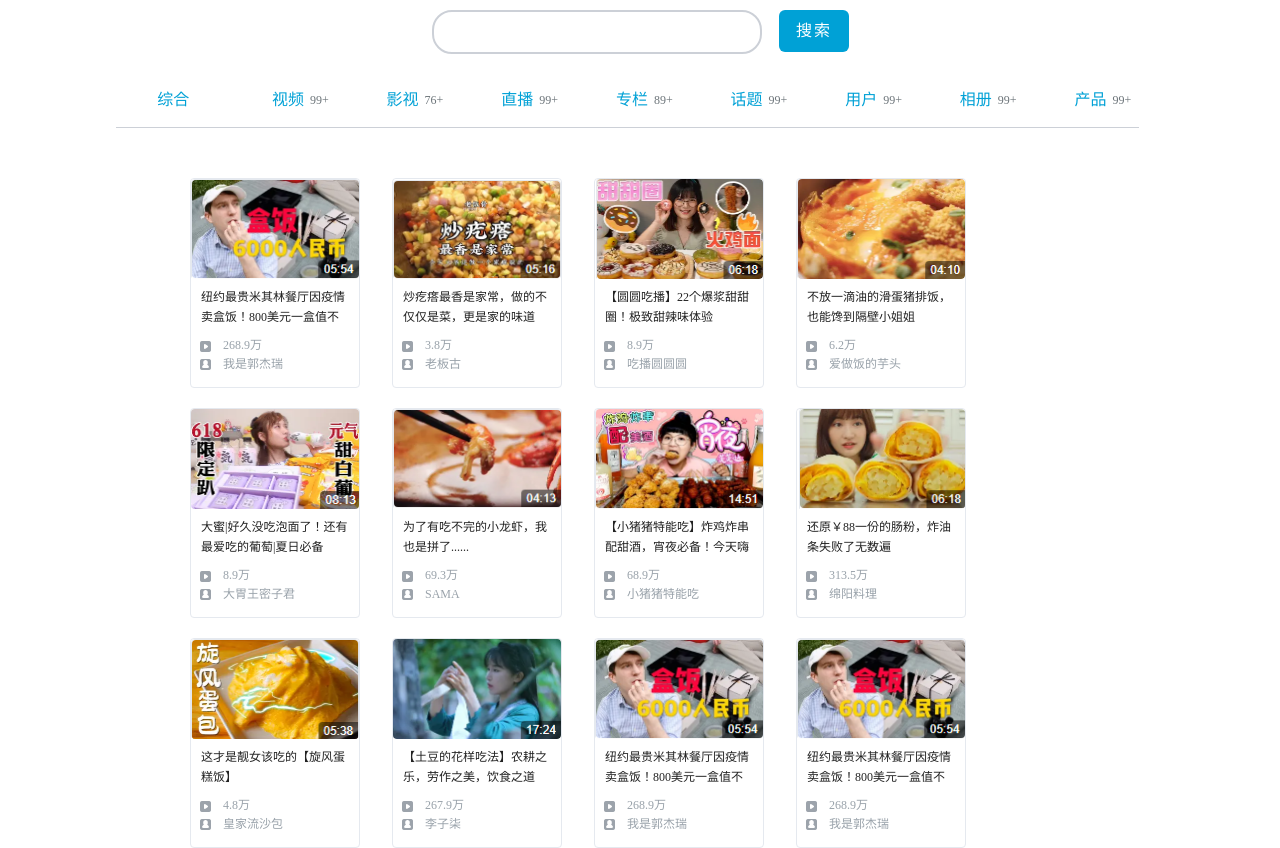
Repository: red-code-yl/web-project
Page: doc/food.html
An editor plug-in stored every save of this project. The page is shown before and after the next save, followed by the edit.
The browser window is 1280 px wide. The pictures show the whole page.

Above is the page before, as saved 2020-06-18 17:22:33.

### doc/food.html
<!DOCTYPE html>
<html lang="en">
<head>
    <meta charset="UTF-8">
    <meta name="viewport" content="width=device-width, initial-scale=1.0">
    <title>美食</title>
    <link  rel="stylesheet"   href="../css/food.css" />
</head>
<body>
    <div id="search" class="search">
        <div class="contain">
            <div class="head-contain">
                <div class="search-top">
                    <div class="search-block">
                        <div class="search-input">
                            <input id="search-keyword" type="text" maxlength="100" autocomplete="off">
                        </div>
                        <div class="search-button">
                            <span class="search-text">搜索</span>
                        </div>

                    </div>
                </div>
                <div class="navigator">
                    <div class="nav-1">
                        <div class="fenlei">
                            <ul class="fenlei-list">
                                <li class="fenlei-list-1" style="height: 56px;line-height: 56px;width: 11.11%;">
                                    <a href="#">综合</a>
                                    <span></span>
                                </li>
                                <li class="fenlei-list-1" style="height: 56px;line-height: 56px;width: 11.11%;">
                                    <a href="#">视频<span>99+</span></a>

                                </li>
                                <li class="fenlei-list-1" style="height: 56px;line-height: 56px;width: 11.11%;">
                                    <a href="#">影视<span>76+</span></a>

                                </li>
                                <li class="fenlei-list-1" style="height: 56px;line-height: 56px;width: 11.11%;">
                                    <a href="#">直播<span>99+</span></a>

                                </li>
                                <li class="fenlei-list-1" style="height: 56px;line-height: 56px;width: 11.11%;">
                                    <a href="#">专栏<span>89+</span></a>

                                </li>
                                <li class="fenlei-list-1" style="height: 56px;line-height: 56px;width: 11.11%;">
                                    <a href="#">话题<span>99+</span></a>

                                </li>
                                <li class="fenlei-list-1" style="height: 56px;line-height: 56px;width: 11.11%;">
                                    <a href="#">用户<span>99+</span></a>

                                </li>
                                <li class="fenlei-list-1" style="height: 56px;line-height: 56px;width: 11.11%;">
                                    <a href="#">相册<span>99+</span></a>

                                </li>
                                <li class="fenlei-list-1" style="height: 56px;line-height: 56px;width: 11.11%;">
                                    <a href="#">产品<span>99+</span></a>
                                </li>
                            </ul>
                        </div>
                    </div>
                </div>
            </div>
            <div class="body-contain">
                <div class="all-list">
                    <ul class="video-list">
                        <li class="video-list-part">
                            <a href="#" title="" target="_blank" class="list-part-1">
                                <div class="img">
                                    <div class="lazy-img">
                                        <img alt src="../img/img-list1.png">
                                    </div>

                                </div>
                            </a>
                            <div class="list-text">
                                <div class="list-title">
                                    <a title="" href="#" target="_blank" class="title-1">
                                        纽约最贵米其林餐厅因疫情卖盒饭！800美元一盒值不值？
                                    </a>
                                </div>
                                <div class="tags">
                                    <span class="play" title="观看">
                                        <i class="playcount"></i>
                                        268.9万
                                    </span>
                                    <br/>
                                    <span class="play2" title="up主">
                                        <i class="play-uper"></i>
                                        <a href="#" target="_blank" class="up-name">
                                            我是郭杰瑞
                                        </a>
                                    </span>
                                </div>
                            </div>
                        </li>
                        <li class="video-list-part">
                            <a href="#" title="" target="_blank" class="list-part-1">
                                <div class="img">
                                    <div class="lazy-img">
                                        <img alt src="../img/img-list2.png">
                                    </div>

                                </div>
                            </a>
                            <div class="list-text">
                                <div class="list-title">
                                    <a title="" href="#" target="_blank" class="title-1">
                                        炒疙瘩最香是家常，做的不仅仅是菜，更是家的味道
                                    </a>
                                </div>
                                <div class="tags">
                                    <span class="play" title="观看">
                                        <i class="playcount"></i>
                                        3.8万
                                    </span>
                                    <br/>
                                    <span class="play2" title="up主">
                                        <i class="play-uper"></i>
                                        <a href="#" target="_blank" class="up-name">
                                            老板古
                                        </a>
                                    </span>
                                </div>
                            </div>
                        </li>
                        <li class="video-list-part">
                            <a href="#" title="" target="_blank" class="list-part-1">
                                <div class="img">
                                    <div class="lazy-img">
                                        <img alt src="../img/img-list3.png">
                                    </div>

                                </div>
                            </a>
                            <div class="list-text">
                                <div class="list-title">
                                    <a title="" href="#" target="_blank" class="title-1">
                                        【圆圆吃播】22个爆浆甜甜圈！极致甜辣味体验
                                    </a>
                                </div>
                                <div class="tags">
                                    <span class="play" title="观看">
                                        <i class="playcount"></i>
                                        8.9万
                                    </span>
                                    <br/>
                                    <span class="play2" title="up主">
                                        <i class="play-uper"></i>
                                        <a href="#" target="_blank" class="up-name">
                                            吃播圆圆圆
                                        </a>
                                    </span>
                                </div>
                            </div>
                        </li>
                        <li class="video-list-part">
                            <a href="#" title="" target="_blank" class="list-part-1">
                                <div class="img">
                                    <div class="lazy-img">
                                        <img alt src="../img/img-list4.png">
                                    </div>

                                </div>
                            </a>
                            <div class="list-text">
                                <div class="list-title">
                                    <a title="" href="#" target="_blank" class="title-1">
                                        不放一滴油的滑蛋猪排饭，也能馋到隔壁小姐姐
                                    </a>
                                </div>
                                <div class="tags">
                                    <span class="play" title="观看">
                                        <i class="playcount"></i>
                                        6.2万
                                    </span>
                                    <br/>
                                    <span class="play2" title="up主">
                                        <i class="play-uper"></i>
                                        <a href="#" target="_blank" class="up-name">
                                            爱做饭的芋头
                                        </a>
                                    </span>
                                </div>
                            </div>
                        </li>
                        <li class="video-list-part">
                            <a href="#" title="" target="_blank" class="list-part-1">
                                <div class="img">
                                    <div class="lazy-img">
                                        <img alt src="../img/img-list5.png">
                                    </div>

                                </div>
                            </a>
                            <div class="list-text">
                                <div class="list-title">
                                    <a title="" href="#" target="_blank" class="title-1">
                                        大蜜|好久没吃泡面了！还有最爱吃的葡萄|夏日必备
                                    </a>
                                </div>
                                <div class="tags">
                                    <span class="play" title="观看">
                                        <i class="playcount"></i>
                                        8.9万
                                    </span>
                                    <br/>
                                    <span class="play2" title="up主">
                                        <i class="play-uper"></i>
                                        <a href="#" target="_blank" class="up-name">
                                            大胃王密子君
                                        </a>
                                    </span>
                                </div>
                            </div>
                        </li>
                        <li class="video-list-part">
                            <a href="#" title="" target="_blank" class="list-part-1">
                                <div class="img">
                                    <div class="lazy-img">
                                        <img alt src="../img/img-list6.png">
                                    </div>

                                </div>
                            </a>
                            <div class="list-text">
                                <div class="list-title">
                                    <a title="" href="#" target="_blank" class="title-1">
                                        为了有吃不完的小龙虾，我也是拼了......
                                    </a>
                                </div>
                                <div class="tags">
                                    <span class="play" title="观看">
                                        <i class="playcount"></i>
                                        69.3万
                                    </span>
                                    <br/>
                                    <span class="play2" title="up主">
                                        <i class="play-uper"></i>
                                        <a href="#" target="_blank" class="up-name">
                                            SAMA
                                        </a>
                                    </span>
                                </div>
                            </div>
                        </li>
                        <li class="video-list-part">
                            <a href="#" title="" target="_blank" class="list-part-1">
                                <div class="img">
                                    <div class="lazy-img">
                                        <img alt src="../img/img-list7.png">
                                    </div>

                                </div>
                            </a>
                            <div class="list-text">
                                <div class="list-title">
                                    <a title="" href="#" target="_blank" class="title-1">
                                        【小猪猪特能吃】炸鸡炸串配甜酒，宵夜必备！今天嗨皮
                                    </a>
                                </div>
                                <div class="tags">
                                    <span class="play" title="观看">
                                        <i class="playcount"></i>
                                        68.9万
                                    </span>
                                    <br/>
                                    <span class="play2" title="up主">
                                        <i class="play-uper"></i>
                                        <a href="#" target="_blank" class="up-name">
                                            小猪猪特能吃
                                        </a>
                                    </span>
                                </div>
                            </div>
                        </li>
                        <li class="video-list-part">
                            <a href="#" title="" target="_blank" class="list-part-1">
                                <div class="img">
                                    <div class="lazy-img">
                                        <img alt src="../img/img-list8.png">
                                    </div>

                                </div>
                            </a>
                            <div class="list-text">
                                <div class="list-title">
                                    <a title="" href="#" target="_blank" class="title-1">
                                        还原￥88一份的肠粉，炸油条失败了无数遍
                                    </a>
                                </div>
                                <div class="tags">
                                    <span class="play" title="观看">
                                        <i class="playcount"></i>
                                        313.5万
                                    </span>
                                    <br/>
                                    <span class="play2" title="up主">
                                        <i class="play-uper"></i>
                                        <a href="#" target="_blank" class="up-name">
                                            绵阳料理
                                        </a>
                                    </span>
                                </div>
                            </div>
                        </li>
                        <li class="video-list-part">
                            <a href="#" title="" target="_blank" class="list-part-1">
                                <div class="img">
                                    <div class="lazy-img">
                                        <img alt src="../img/img-list9.png">
                                    </div>

                                </div>
                            </a>
                            <div class="list-text">
                                <div class="list-title">
                                    <a title="" href="#" target="_blank" class="title-1">
                                        这才是靓女该吃的【旋风蛋糕饭】
                                    </a>
                                </div>
                                <div class="tags">
                                    <span class="play" title="观看">
                                        <i class="playcount"></i>
                                        4.8万
                                    </span>
                                    <br/>
                                    <span class="play2" title="up主">
                                        <i class="play-uper"></i>
                                        <a href="#" target="_blank" class="up-name">
                                            皇家流沙包
                                        </a>
                                    </span>
                                </div>
                            </div>
                        </li>
                        <li class="video-list-part">
                            <a href="#" title="" target="_blank" class="list-part-1">
                                <div class="img">
                                    <div class="lazy-img">
                                        <img alt src="../img/img-list10.png">
                                    </div>

                                </div>
                            </a>
                            <div class="list-text">
                                <div class="list-title">
                                    <a title="" href="#" target="_blank" class="title-1">
                                        【土豆的花样吃法】农耕之乐，劳作之美，饮食之道
                                    </a>
                                </div>
                                <div class="tags">
                                    <span class="play" title="观看">
                                        <i class="playcount"></i>
                                        267.9万
                                    </span>
                                    <br/>
                                    <span class="play2" title="up主">
                                        <i class="play-uper"></i>
                                        <a href="#" target="_blank" class="up-name">
                                            李子柒
                                        </a>
                                    </span>
                                </div>
                            </div>
                        </li>
                        <li class="video-list-part">
                            <a href="#" title="" target="_blank" class="list-part-1">
                                <div class="img">
                                    <div class="lazy-img">
                                        <img alt src="../img/img-list1.png">
                                    </div>

                                </div>
                            </a>
                            <div class="list-text">
                                <div class="list-title">
                                    <a title="" href="#" target="_blank" class="title-1">
                                        纽约最贵米其林餐厅因疫情卖盒饭！800美元一盒值不值？
                                    </a>
                                </div>
                                <div class="tags">
                                    <span class="play" title="观看">
                                        <i class="playcount"></i>
                                        268.9万
                                    </span>
                                    <br/>
                                    <span class="play2" title="up主">
                                        <i class="play-uper"></i>
                                        <a href="#" target="_blank" class="up-name">
                                            我是郭杰瑞
                                        </a>
                                    </span>
                                </div>
                            </div>
                        </li>
                        <li class="video-list-part">
                            <a href="#" title="" target="_blank" class="list-part-1">
                                <div class="img">
                                    <div class="lazy-img">
                                        <img alt src="../img/img-list1.png">
                                    </div>

                                </div>
                            </a>
                            <div class="list-text">
                                <div class="list-title">
                                    <a title="" href="#" target="_blank" class="title-1">
                                        纽约最贵米其林餐厅因疫情卖盒饭！800美元一盒值不值？
                                    </a>
                                </div>
                                <div class="tags">
                                    <span class="play" title="观看">
                                        <i class="playcount"></i>
                                        268.9万
                                    </span>
                                    <br/>
                                    <span class="play2" title="up主">
                                        <i class="play-uper"></i>
                                        <a href="#" target="_blank" class="up-name">
                                            我是郭杰瑞
                                        </a>
                                    </span>
                                </div>
                            </div>
                        </li>
                    </ul>
                </div>
            </div>
        </div>
    </div>
</body>
</html>

Loaded but not shown: css/food.css (235 lines, source omitted)

After the next save:
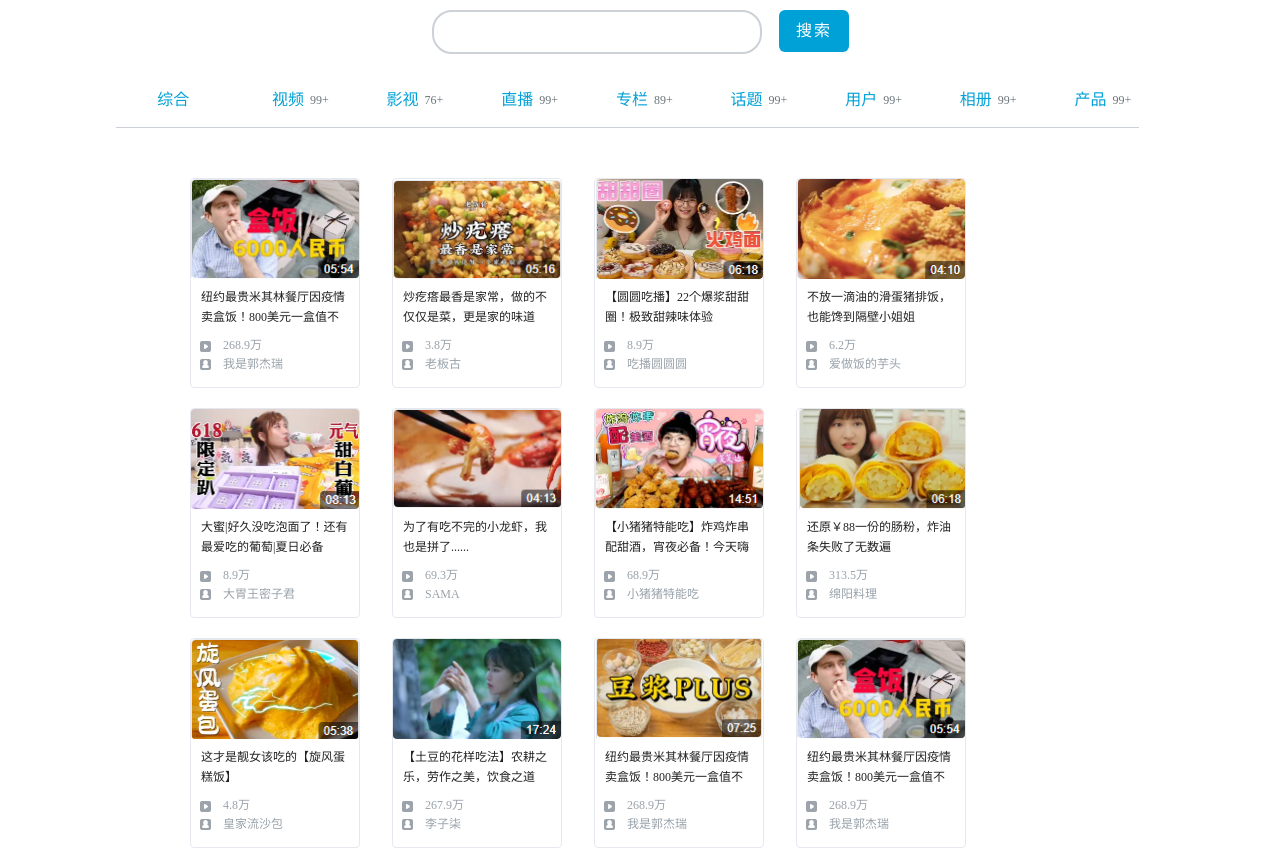
Saved 42 s later.
--- a/doc/food.html
+++ b/doc/food.html
@@ -372,7 +372,7 @@
                             <a href="#" title="" target="_blank" class="list-part-1">
                                 <div class="img">
                                     <div class="lazy-img">
-                                        <img alt src="../img/img-list1.png">
+                                        <img alt src="../img/img-list11.png">
                                     </div>
 
                                 </div>
